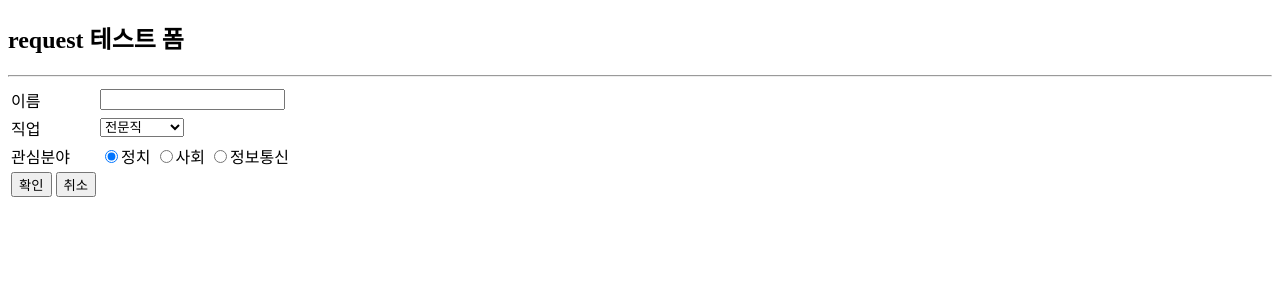
Repository: jemin7709/InternetProgramming2
Page: Pj/WebContent/request_test.html
An editor plug-in stored every save of this project. The page is shown before and after the next save, followed by the edit.
The browser window is 1280 px wide. The pictures show the whole page.

Above is the page before, as saved 2021-05-13 13:34:31.

After the next save:
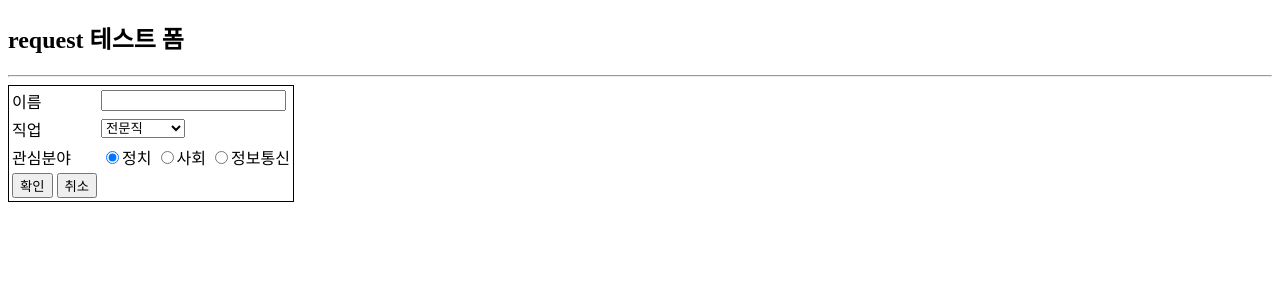
Saved 25 s later.
--- a/Pj/WebContent/request_test.html
+++ b/Pj/WebContent/request_test.html
@@ -8,7 +8,7 @@
 <h2>request 테스트 폼</h2>
 <hr>
 <form method="post" action="request_test.jsp">
-<table border="0.5px">
+<table style="border: 1px solid black">
 	<tbody>
 		<tr>
 			<td>이름</td>

After the save that followed:
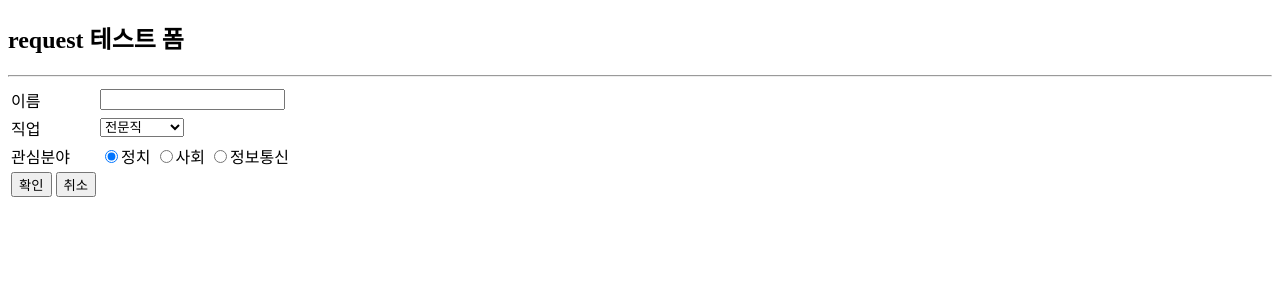
Saved 9 min 44 s later.
--- a/Pj/WebContent/request_test.html
+++ b/Pj/WebContent/request_test.html
@@ -8,7 +8,7 @@
 <h2>request 테스트 폼</h2>
 <hr>
 <form method="post" action="request_test.jsp">
-<table style="border: 1px solid black">
+<table style="border: 1 solid black">
 	<tbody>
 		<tr>
 			<td>이름</td>
